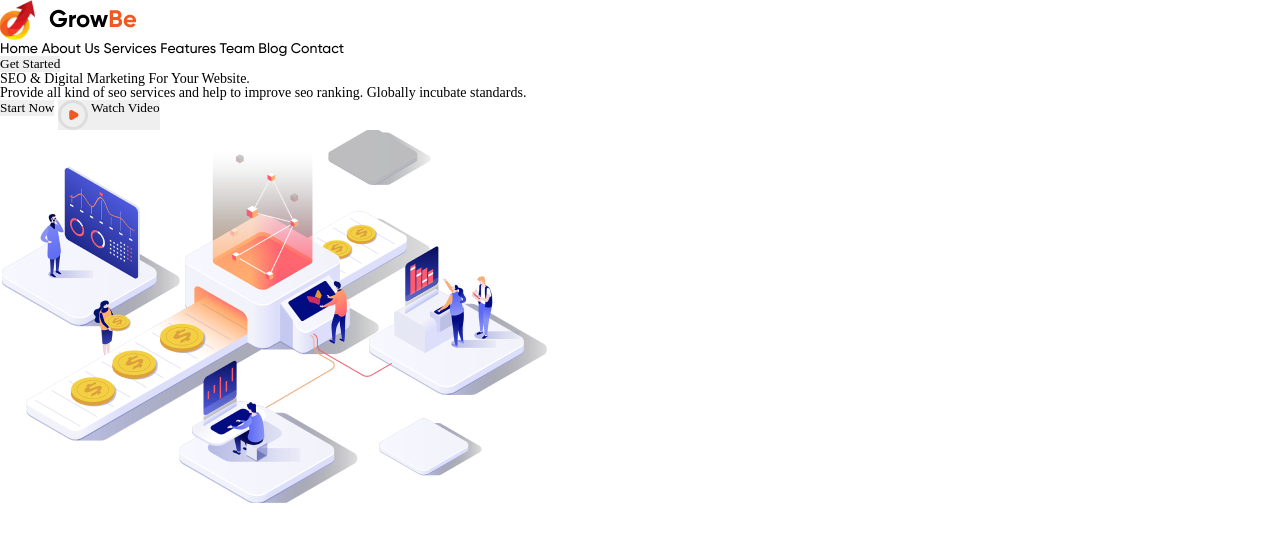
Repository: Alekseiy1980/GrowBe
Page: index.html
An editor plug-in stored every save of this project. The page is shown before and after the next save, followed by the edit.
The browser window is 1280 px wide. The pictures show the whole page.

Above is the page before, as saved 2024-01-20 11:16:37.

After the next save:
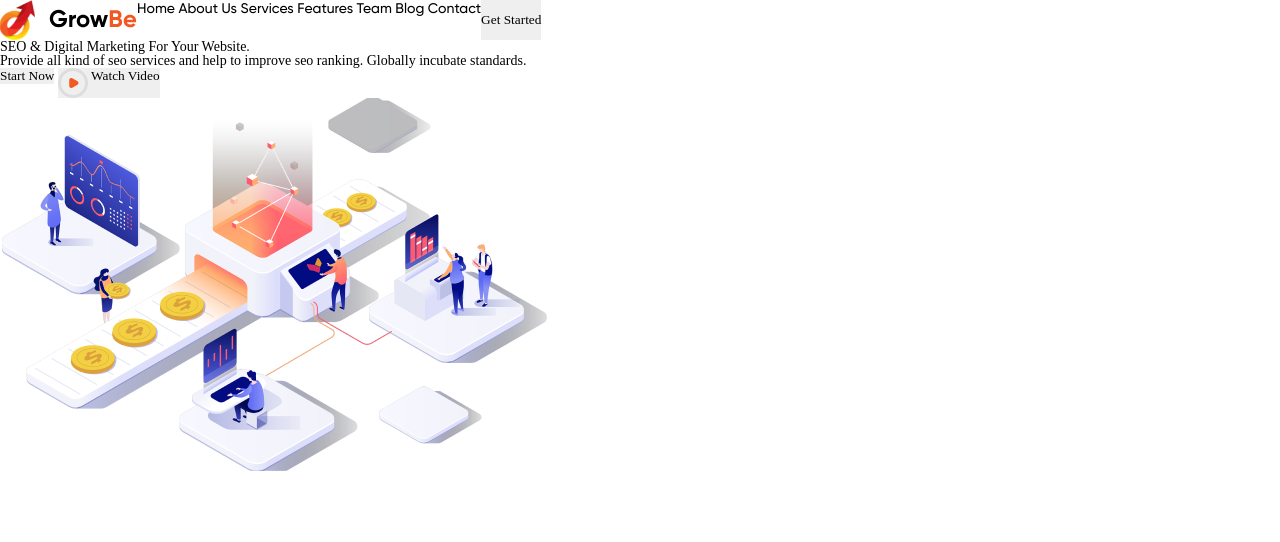
Saved 108 s later.
--- a/css/style.css
+++ b/css/style.css
@@ -22,7 +22,9 @@ body {
     max-width: 1920px;
     margin: 0 auto;
 }
-
+.menu_bar{
+    display: flex;
+}
 .menu{
     color: #000;
     font-family: Gilroy-Medium;
